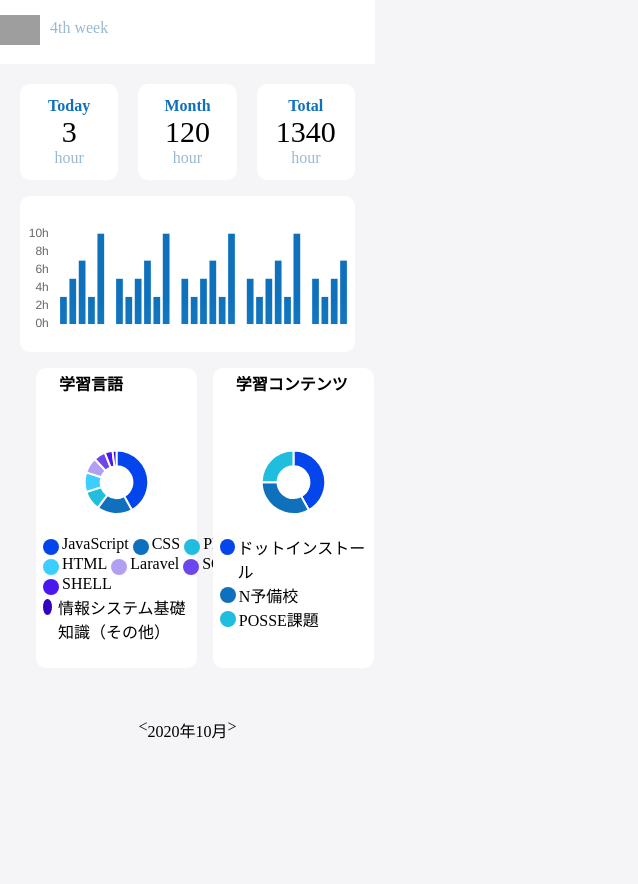
Repository: posse-ap/gen2.0-kamibayasitaito
Page: app/app.html
These files come from the project's save history. The page is drawn as it stood at one moment and after a run of saves; the edit follows.
The browser window is 375 px wide. The page is 638 px wide, so the pictures cover 638 px, including what lies to the right of the window. The pictures show the whole page.
Pictures or frames that could not be fetched are drawn as grey boxes. Some web libraries are served in a nearby version.

Above is the page before, as saved 2021-11-26 18:47:42.

After the next 4 saves:
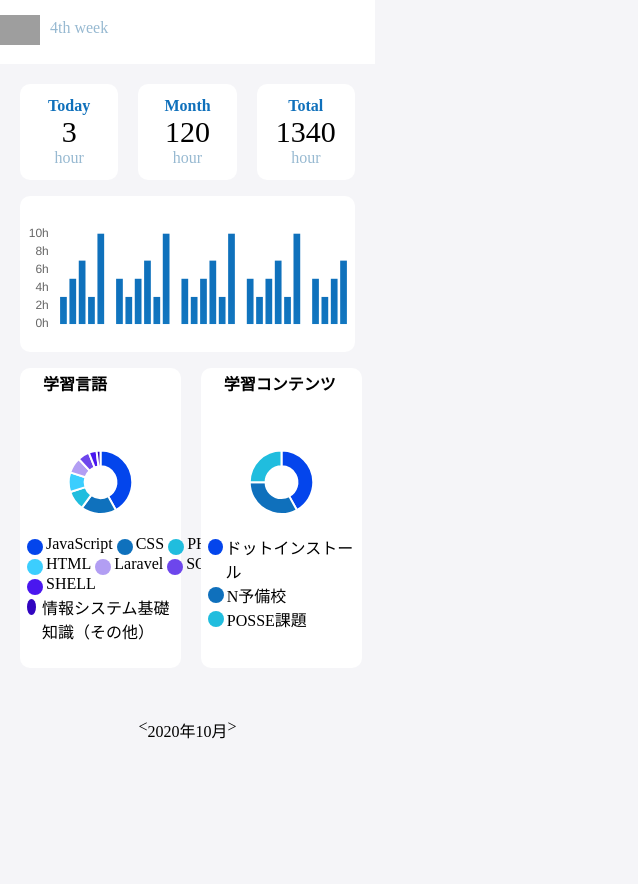
The 4 saves are shown as one change because they came seconds apart.
The last was saved 19 s later.
--- a/app/app_smartphone.css
+++ b/app/app_smartphone.css
@@ -157,6 +157,7 @@
         padding-inline-start: 0;
         padding-inline-end: 0;
         display: flex;
+        gap: 20px;
 
         }
 
@@ -165,7 +166,7 @@
         border: solid white;
         border-radius: 10px;
         background-color: white;
-        margin-left: 16px;
+
 
 
 
